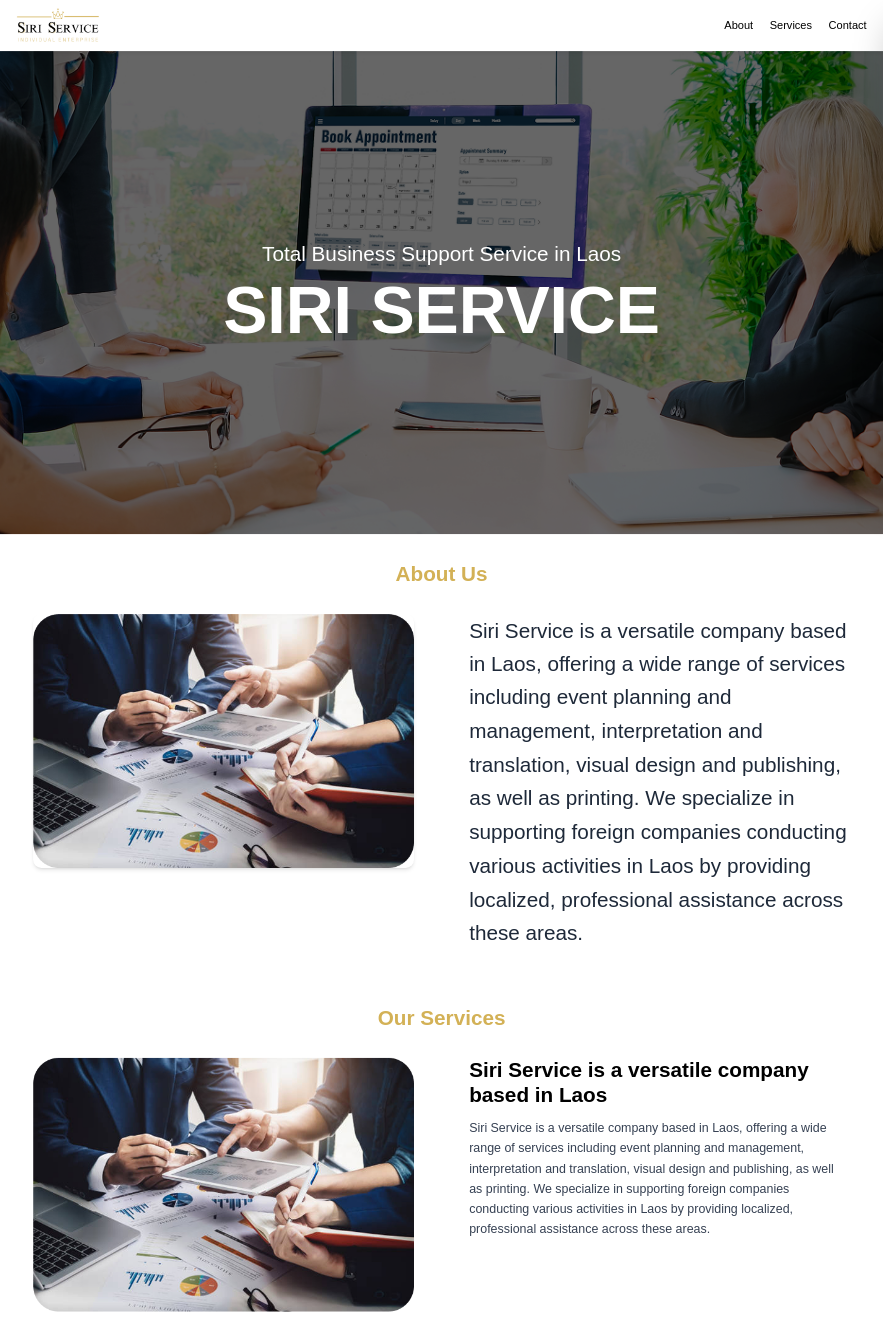
Repository: Phailin-teamplate/siri-service-web
Page: /
The author's editor kept a copy of each file at every save. The page is drawn from the files as they stood at one save, then again after the next save.
The browser window is 1280 px wide. The pictures show the whole page, at 69% of full size.
The project was rebuilt for these pictures with package versions that can differ from the ones it lists, and the page was loaded fresh each time. The framework's server and built-in components were replaced by stand-ins that run in the browser. Also part of the build but not shown: next.config.ts.

Above is the page before, as saved 2025-07-02 14:31:46.

### src/app/layout.tsx
"use client";

import React, { useState, useEffect } from "react";
import { ArrowUpIcon } from "@heroicons/react/24/solid"; // Importing the arrow icon
// import { Geist, Geist_Mono } from "next/font/google";
// import { Inter, Noto_Sans_Lao } from "next/font/google";
import "./globals.css";
import Navbar from "@/src/components/navbar";

// const inter = Inter({ subsets: ["latin"] });
// const notoSansLao = Noto_Sans_Lao({ subsets: ["lao"] });

// const geistSans = Geist({
//   variable: "--font-geist-sans",
//   subsets: ["latin"],
// });
// const geistMono = Geist_Mono({
//   variable: "--font-geist-mono",
//   subsets: ["latin"],
// });

export default function RootLayout({
  children,
}: Readonly<{
  children: React.ReactNode;
}>) {
  const [isVisible, setIsVisible] = useState(false);

  // Detect scroll position and show button when scrolling down
  const handleScroll = () => {
    if (window.scrollY > 300) {
      setIsVisible(true);
    } else {
      setIsVisible(false);
    }
  };

  useEffect(() => {
    window.addEventListener("scroll", handleScroll);
    return () => {
      window.removeEventListener("scroll", handleScroll);
    };
  }, []);

  const scrollToTop = () => {
    window.scrollTo({ top: 0, behavior: "smooth" });
  };

  return (
    <html lang="en">
      {/* <body
        className={`${geistSans.variable} ${geistMono.variable} ${inter.className}  ${notoSansLao.className} antialiased`}
      > */}
      <body className="bg-white">
        <Navbar />
        {children}
        {/* <Footer /> */}

        {/* Popup Button with Icon for Scrolling to Top */}
        {isVisible && (
          <button
            onClick={scrollToTop}
            className="fixed bottom-2 right-5 md:bottom-5 md:right-10 bg-blue-500 text-white p-2 md:p-4 rounded-full shadow-lg hover:bg-blue-600 focus:outline-none transition-transform transform hover:scale-110"
          >
            {/* Heroicon Arrow Up Icon */}
            <ArrowUpIcon className="h-5 w-5 md:h-6 md:w-6" />
          </button>
        )}
      </body>
    </html>
  );
}

### src/app/page.tsx
import React from "react";
import Homepage from "@/src/components/Homepage";
import About from "@/src/components/About";
import Service from "@/src/components/Service";

export const metadata = {
  title: "About | TEAMPLATE",
  description:
    "Learn about TEAMPLATE — our story, mission, team, and values that drive our innovation.",
  keywords: ["teamplate", "about", "our story", "mission", "values", "team"],
  openGraph: {
    title: "About | TEAMPLATE",
    description:
      "Discover TEAMPLATE's story, mission, and the people behind our success.",
    url: "https://yourdomain.com/about",
    siteName: "TEAMPLATE",
    images: [
      {
        url: "https://yourdomain.com/images/about-og.jpg", // ✅ Replace with actual path
        width: 1200,
        height: 630,
        alt: "About TEAMPLATE",
      },
    ],
    locale: "en_US",
    type: "website",
  },
};

export default function Home() {
  return (
    <section className="w-full" id="about">
      <Homepage/>
      <About/>
      <Service/>
    </section>
  );
}

### src/components/navbar.tsx
import { useState, useCallback, useEffect } from "react";
import Image from "next/image";
import { Menu, X } from "lucide-react";
import Logo from "@/public/logo/Siri Service.png";

export default function Navbar() {
  const [isOpen, setIsOpen] = useState(false);

  // Function for smooth scrolling
  const handleSmoothScroll = useCallback((targetId: string) => {
    setIsOpen(false); // Close the sidebar

    if (targetId === "/") {
      window.scrollTo({ top: 0, behavior: "smooth" });
    } else {
      const targetElement = document.querySelector(targetId);
      if (targetElement) {
        targetElement.scrollIntoView({ behavior: "smooth" });
      }
    }
  }, []);

  const [isScrolled, setIsScrolled] = useState(false);

  // Detect scroll to change navbar background
  useEffect(() => {
    const handleScroll = () => {
      const scrollTop = window.scrollY;
      setIsScrolled(scrollTop > 10); // Trigger when scrolled 10px
    };

    window.addEventListener("scroll", handleScroll);

    return () => window.removeEventListener("scroll", handleScroll);
  }, []);

  return (
    <div className="w-full sticky top-0 z-50 bg-white shadow-md">
      <nav className="flex items-center justify-between px-6 py-3">
        {/* Logo */}
        <button
          onClick={() => handleSmoothScroll("/")}
          className="p-0 border-none bg-transparent active:opacity-80"
        >
          <Image
            className="w-20 sm:w-20 md:w-30 lg:w-30 xl:w-30 2xl:w-30 h-auto"
            src={Logo}
            alt="Appstore"
            priority
          />
        </button>

        {/* Desktop Links */}
        <div className="hidden md:flex gap-6">
          <button
            onClick={() => handleSmoothScroll("#about")}
            className="hover:text-blue-600 hover:underline transition-colors text-black duration-200 cursor-pointer"
          >
            About
          </button>
          <button
            onClick={() => handleSmoothScroll("#services")}
            className="hover:text-blue-600 hover:underline transition-colors text-black duration-200 cursor-pointer"
          >
            Services
          </button>
          <button
            onClick={() => handleSmoothScroll("#contact")}
            className="hover:text-blue-600 hover:underline transition-colors text-black duration-200 cursor-pointer"
          >
            Contact
          </button>
        </div>

        {/* Mobile Menu Button */}
        <button
          className="md:hidden focus:outline-none"
          onClick={() => setIsOpen(!isOpen)}
          aria-label="Toggle Menu"
        >
          {isOpen ? <X size={28} /> : <Menu size={28} />}
        </button>
      </nav>

      {/* Overlay (Closes menu when clicked) */}
      {isOpen && (
        <div
          className="fixed inset-0 z-40"
          onClick={() => setIsOpen(false)}
        ></div>
      )}

      {/* Mobile Sidebar */}
      <div
        className={`fixed top-0 right-0 h-full w-64 bg-white shadow-2xl p-6 flex flex-col transition-transform ${
          isOpen ? "translate-x-0" : "translate-x-full"
        } duration-300 ease-in-out z-50`}
      >
        {/* Sidebar Header */}
        <div className="flex justify-between items-center pb-4 mt-1">
          <h3 className="text-black text-2xl font-semibold">Menu</h3>
          <button
            className="text-black text-3xl font-bold focus:outline-none"
            onClick={() => setIsOpen(false)}
            aria-label="Close Menu"
          >
            <X size={28} />
          </button>
        </div>

        {/* Sidebar Links */}
        <div className="flex flex-col items-start gap-4 pb-4">
          <button
            onClick={() => handleSmoothScroll("#about")}
            className="hover:text-blue-600 hover:underline transition-colors duration-200 cursor-pointer"
          >
            About
          </button>
          <button
            onClick={() => handleSmoothScroll("#services")}
            className="hover:text-blue-600 hover:underline transition-colors duration-200 cursor-pointer"
          >
            Services
          </button>
          <button
            onClick={() => handleSmoothScroll("#contact")}
            className="hover:text-blue-600 hover:underline transition-colors duration-200 cursor-pointer"
          >
            Contact
          </button>
        </div>
      </div>
    </div>
  );
}

### src/components/Homepage.tsx
import Image from "next/image";
import BgSiri from "@/public/bg-siri.png";
import type { Metadata } from "next";

export const metadata: Metadata = {
  title: "SiriService | About Us",
  description: "We are a Laos-based IT startup aiming for the global market.",
};

export default function Homepage() {
  return (
    <div className="flex flex-col ">
      <div className="flex justify-center">
        <div className="relative w-full h-[400px] xs:h-[600px] sm:h-[650px] md:h-[700px] lg:h-[700px]">
          {/* Background Image */}
          <Image src={BgSiri} alt="StartUp" fill className="object-cover" />

          {/* Gradient Overlay */}
          <div className="absolute inset-0 bg-black/60 z-10" />

          {/* Centered Content */}
          <div className="absolute inset-0 z-20 flex flex-col items-center justify-center text-center px-4">
            <div className="mb-4 sm:mb-4">
              <p className="text-white text-sm xs:text-base sm:text-xl md:text-3xl font-medium">
                Total Business Support Service in Laos
              </p>
            </div>
            <h1 className="text-white text-4xl xs:text-5xl sm:text-6xl md:text-7xl lg:text-8xl font-bold">
              SIRI SERVICE
            </h1>
          </div>
        </div>
      </div>


    </div>
  );
}

### src/components/About.tsx
"use client";

import Image from "next/image";
import AboutSV from "@/public/About.png";
import type { Metadata } from "next";

export const metadata: Metadata = {
  title: "Teamplate",
  description: "We are a Laos-based IT startup aiming for the global market.",
};

export default function About() {
  return (
    <div className="w-full bg-white px-6 md:px-12 py-10" id="about">
      {/* Section Title */}
      <div className="text-center flex justify-center md:text-left mb-10">
        <h2 className="text-2xl md:text-3xl font-extrabold text-[#D3B156]">
          About Us
        </h2>
      </div>

     {/* Content: Image + Text */}
<div className="flex flex-col md:flex-row items-start justify-between gap-12 md:gap-20">
  {/* Image */}
  <div className="w-full max-w-[570px] rounded-xl overflow-hidden shadow-md">
    <Image
      src={AboutSV}
      alt="About"
      width={500}
      height={300}
      className="object-cover w-full h-auto rounded-xl"
      priority
    />
  </div>

  {/* Text */}
  <div className="w-full max-w-[720px] text-center md:text-left">
    <p className="text-3xl font-medium leading-relaxed text-gray-800">
      Siri Service is a versatile company based in Laos, offering a wide
      range of services including event planning and management,
      interpretation and translation, visual design and publishing, as
      well as printing. We specialize in supporting foreign companies
      conducting various activities in Laos by providing localized,
      professional assistance across these areas.
    </p>
  </div>
</div>

    </div>
  );
}

### src/components/Service.tsx
"use client";

import Image from "next/image";
import AboutSV from "@/public/About.png";
import type { Metadata } from "next";

export const metadata: Metadata = {
  title: "Teamplate",
  description: "We are a Laos-based IT startup aiming for the global market.",
};

export default function Service() {
  return (
    <div className="w-full bg-white px-6 md:px-12 py-10" id="service">
      {/* Section Title */}
      <div className="text-center flex justify-center md:text-left mb-10">
        <h2 className="text-2xl md:text-3xl font-extrabold text-[#D3B156]">
          Our Services
        </h2>
      </div>

      {/* Content: Image + Text */}
      <div className="flex flex-col md:flex-row items-start justify-center gap-12 md:gap-20">
  {/* Image */}
  <div className="w-full max-w-[660px] ">
          <Image
            src={AboutSV}
            alt="About"
            width={512}
            height={340}
            className="object-cover w-full h-auto rounded-xl"
            priority
          />
        </div>

        {/* Text */}
  <div className="w-full max-w-[720px] text-center md:text-left">
          <h1 className="text-black text-2xl sm:text-3xl font-semibold mb-4">
            Siri Service is a versatile company based in Laos
          </h1>
          <p className="text-gray-700 text-base sm:text-lg leading-relaxed">
            Siri Service is a versatile company based in Laos, offering a wide range of
            services including event planning and management, interpretation and
            translation, visual design and publishing, as well as printing. We specialize
            in supporting foreign companies conducting various activities in Laos by
            providing localized, professional assistance across these areas.
          </p>
        </div>
      </div>
    </div>
  );
}

Loaded but not shown: src/app/globals.css (common file)

After the next save:
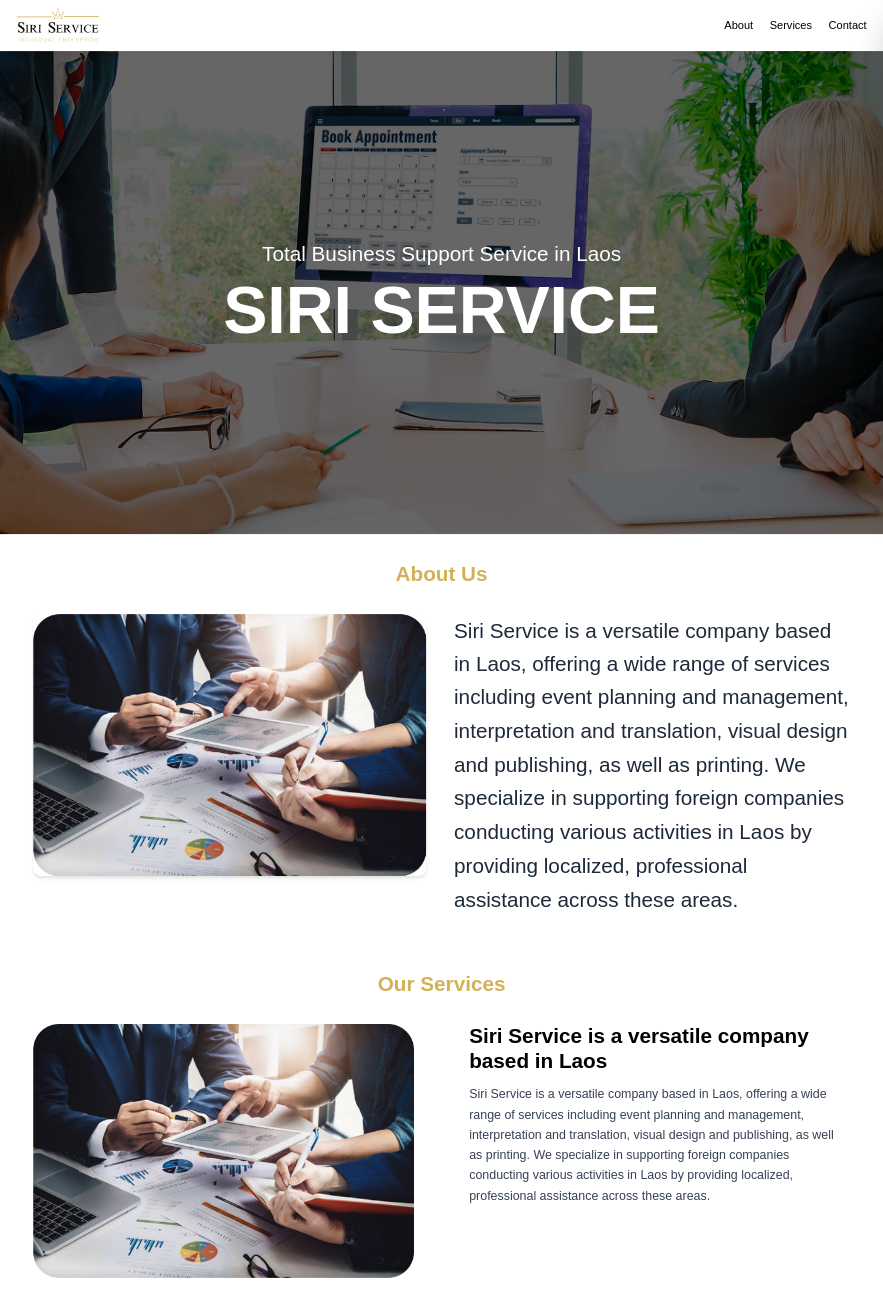
Saved 60 s later.
--- a/src/components/About.tsx
+++ b/src/components/About.tsx
@@ -19,8 +19,7 @@
         </h2>
       </div>
 
-     {/* Content: Image + Text */}
-<div className="flex flex-col md:flex-row items-start justify-between gap-12 md:gap-20">
+     <div className="flex flex-col md:flex-row items-start justify-between gap-6 md:gap-10">
   {/* Image */}
   <div className="w-full max-w-[570px] rounded-xl overflow-hidden shadow-md">
     <Image
